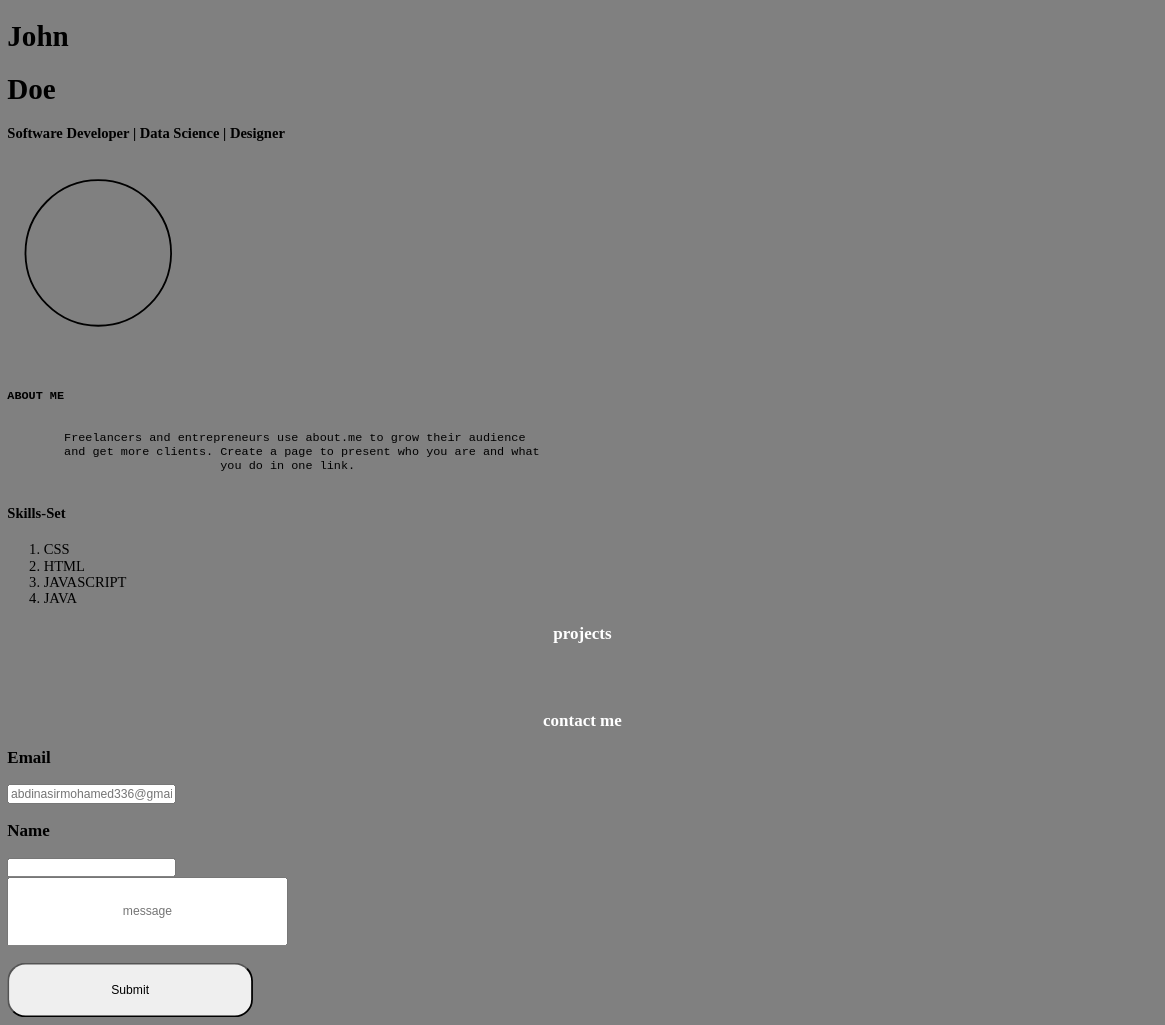
Repository: mrjayajay/week-1-code-challenges
Page: assignment/index.html
The author's editor kept a copy of each file at every save. The page is drawn from the files as they stood at one save, then again after the next save.
The browser window is 1280 px wide. The pictures show the whole page, at 91% of full size.

Above is the page before, as saved 2024-03-12 11:54:25.

After the next save:
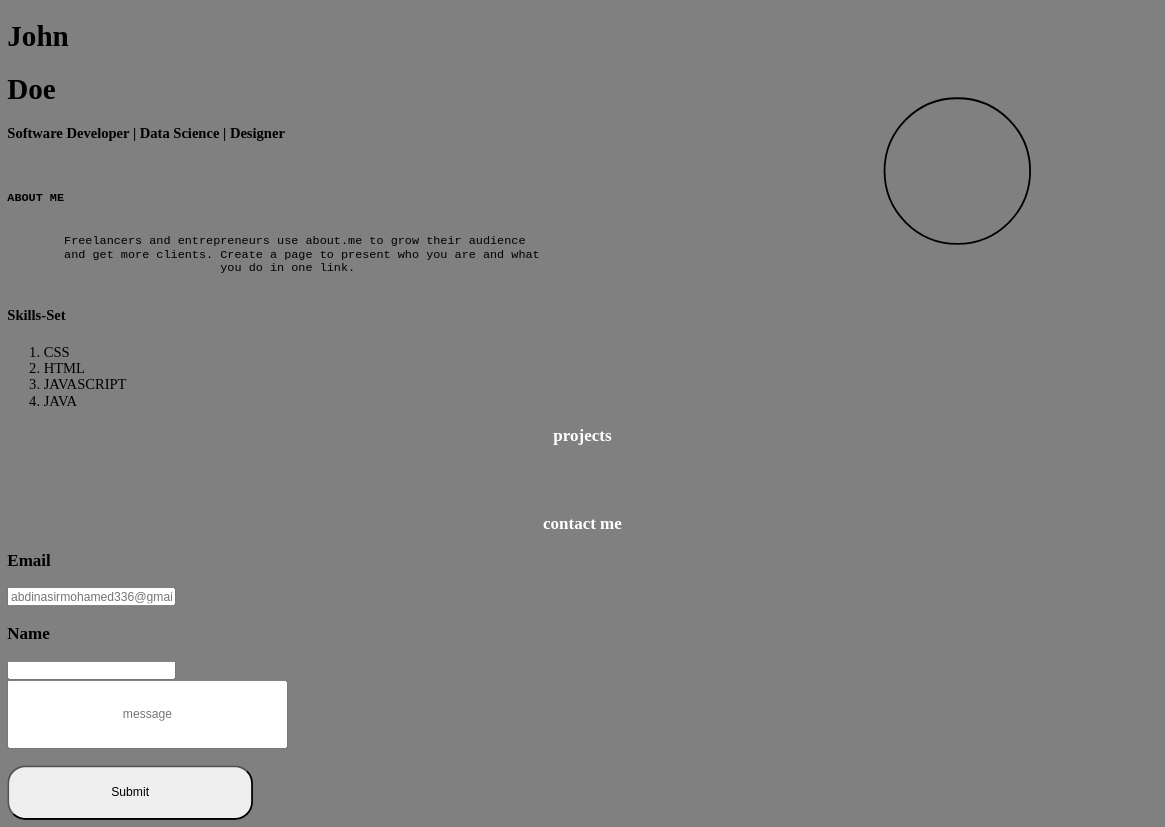
Saved 78 s later.
--- a/assignment/style.css
+++ b/assignment/style.css
@@ -39,4 +39,8 @@ text-align: left;
 }
 #circ{
     position: relative;
+    float: right;
+    bottom: 90px;
+    right: 120px;
+    margin-bottom: ;
 }
